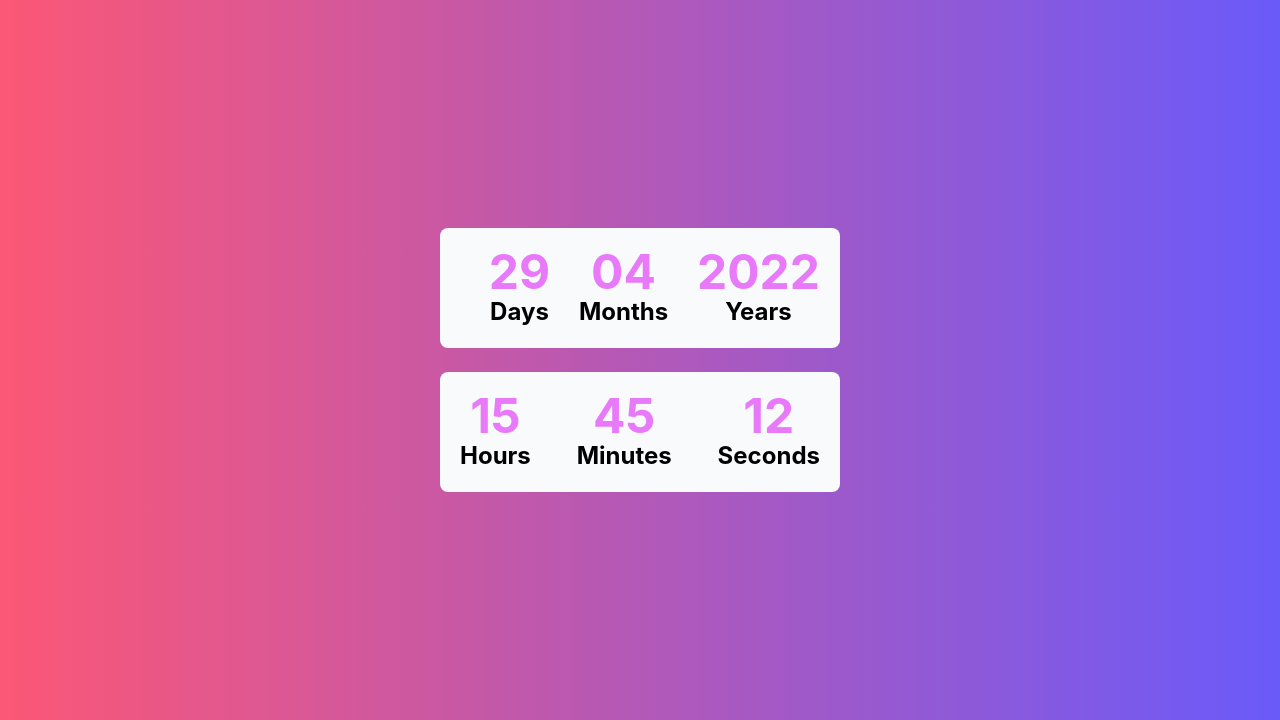
Repository: huynhsang96/bt_codegymHook
Page: /
These files come from the project's save history. The page is drawn as it stood at one moment and after the next save; the edit follows.
The browser window is 1280 px wide. The pictures show the whole page.
The project was rebuilt for these pictures with package versions that can differ from the ones it lists, and the page was loaded fresh each time.

Above is the page before, as saved 2022-04-29 17:01:15.

### src/index.js
import React from "react";
import ReactDOM from "react-dom/client";
import "./index.css";
import App from "./App";
import reportWebVitals from "./reportWebVitals";

const root = ReactDOM.createRoot(document.getElementById("root"));
root.render(
	<React.StrictMode>
		<App />
	</React.StrictMode>
);

reportWebVitals();

### src/index.css
body {
	margin: 0;
	font-family: -apple-system, BlinkMacSystemFont, "Segoe UI", "Roboto", "Oxygen",
		"Ubuntu", "Cantarell", "Fira Sans", "Droid Sans", "Helvetica Neue",
		sans-serif;
	-webkit-font-smoothing: antialiased;
	-moz-osx-font-smoothing: grayscale;
}

code {
	font-family: source-code-pro, Menlo, Monaco, Consolas, "Courier New",
		monospace;
}
@tailwind base;
@tailwind components;
@tailwind utilities;

### src/App.js
import "./App.css";
import Clock from "./component/ClockHook/Clock";

function App() {
	return (
		<div>
			<Clock></Clock>
		</div>
	);
}

export default App;

### src/App.css
*,
*::before,
*::after {
	box-sizing: border-box;
}
* {
	margin: 0;
}

html,
body {
	height: 100%;
}
body {
	line-height: 1.5;
	-webkit-font-smoothing: antialiased;
	-webkit-tap-highlight-color: rgba(0, 0, 0, 0);

	background-image: linear-gradient(to right, #fc5776, #6a5af9);
	display: flex;
	justify-content: center;
	align-items: center;
	height: 100vh;
}

img,
picture,
video,
canvas,
svg {
	display: block;
	max-width: 100%;
}
input,
button,
textarea,
select {
	font: inherit;
	outline: none;
	border: none;
}
p,
h1,
h2,
h3,
h4,
h5,
h6 {
	overflow-wrap: break-word;
}

### src/component/ClockHook/Clock.js
import React, { useEffect, useState } from "react";
import useClock from "../../Hooks/useClock";

const Clock = () => {
	// const [now, setNow] = useState(new Date());
	// useEffect(() => {
	// 	const timer = setInterval(() => {
	// 		setNow(new Date());
	// 	}, 1000);
	// 	return () => clearInterval(timer);
	// }, [now]);
	// const years = now.getFullYear();
	// const months = now.getMonth() + 1;
	// const days = now.getDate();
	// const hours = now.getHours();
	// const minutes = now.getMinutes();
	// const seconds = now.getSeconds();
	// console.log(seconds < 10 ? "0" + seconds : seconds);

	const { years, months, days, hours, minutes, seconds } = useClock();

	return (
		<div className="p-5 w-full h-full mx-auto">
			<ul className="flex min-w-[400px] flex-row justify-between bg-slate-50 p-5 rounded-lg">
				<getDatabase data={years} base="Years"></getDatabase>
				<li className="flex flex-col justify-center text-center">
					<span className="font-bold text-5xl text-fuchsia-400">{days}</span>
					<span className="font-bold text-2xl">Days</span>
				</li>
				<li className="flex flex-col justify-center text-center">
					<span className="font-bold text-5xl text-fuchsia-400">{months}</span>
					<span className="font-bold text-2xl">Months</span>
				</li>
				<li className="flex flex-col justify-center text-center">
					<span className="font-bold text-5xl text-fuchsia-400">{years}</span>
					<span className="font-bold text-2xl">Years</span>
				</li>
			</ul>
			<br></br>
			<ul className="flex flex-row justify-between bg-slate-50 p-5 rounded-lg">
				<li className="flex flex-col justify-center text-center">
					<span className="font-bold text-5xl text-fuchsia-400">{hours}</span>
					<span className="font-bold text-2xl">Hours</span>
				</li>
				<li className="flex flex-col justify-center text-center">
					<span className="font-bold text-5xl text-fuchsia-400">{minutes}</span>
					<span className="font-bold text-2xl">Minutes</span>
				</li>
				<li className="flex flex-col justify-center text-center">
					<span className="font-bold text-5xl text-fuchsia-400">{seconds}</span>
					<span className="font-bold text-2xl">Seconds</span>
				</li>
			</ul>
		</div>
	);
};

const GetDataBase = (props) => {
	return (
		<li className="flex flex-col justify-center text-center">
			<span className="font-bold text-5xl text-fuchsia-400">{props.data}</span>
			<span className="font-bold text-2xl">{props.base}</span>
		</li>
	);
};

export default Clock;

### src/Hooks/useClock.js
import { useEffect, useState } from "react";

export default function useClock() {
	const [now, setNow] = useState(new Date());
	useEffect(() => {
		const timer = setInterval(() => {
			setNow(new Date());
		}, 1000);
		return () => clearInterval(timer);
	}, [now]);
	const years = now.getFullYear();
	const months = now.getMonth() + 1;
	const days = now.getDate();
	const hours = now.getHours();
	const minutes = now.getMinutes();
	const seconds = now.getSeconds();
	return {
		years,
		months: months < 10 ? "0" + months : months,
		days: days < 10 ? "0" + days : days,
		hours: hours < 10 ? "0" + hours : hours,
		minutes: minutes < 10 ? "0" + minutes : minutes,
		seconds: seconds < 10 ? "0" + seconds : seconds,
	};
}

Loaded but not shown: public/index.html (common file); src/reportWebVitals.js (common file); tailwind.config.js (common file)

After the next save:
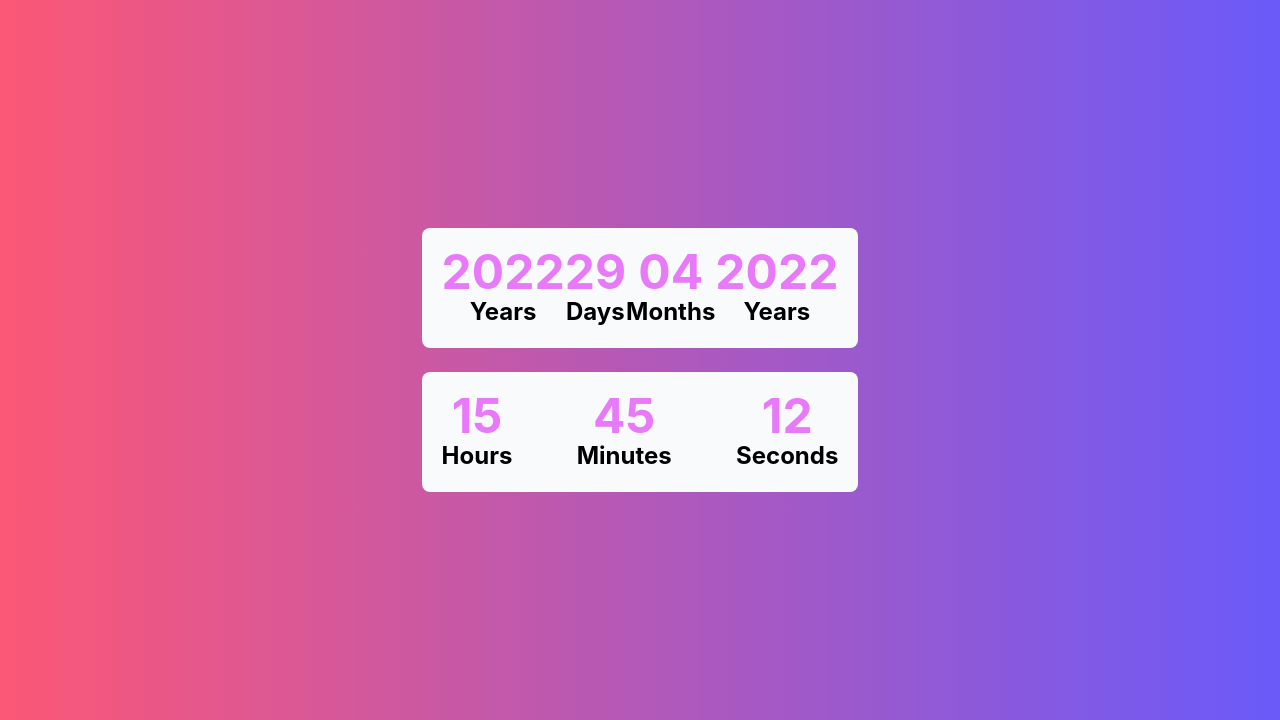
Saved 6 s later.
--- a/src/component/ClockHook/Clock.js
+++ b/src/component/ClockHook/Clock.js
@@ -22,7 +22,7 @@ const Clock = () => {
 	return (
 		<div className="p-5 w-full h-full mx-auto">
 			<ul className="flex min-w-[400px] flex-row justify-between bg-slate-50 p-5 rounded-lg">
-				<getDatabase data={years} base="Years"></getDatabase>
+				<GetDataBase data={years} base="Years"></GetDataBase>
 				<li className="flex flex-col justify-center text-center">
 					<span className="font-bold text-5xl text-fuchsia-400">{days}</span>
 					<span className="font-bold text-2xl">Days</span>
